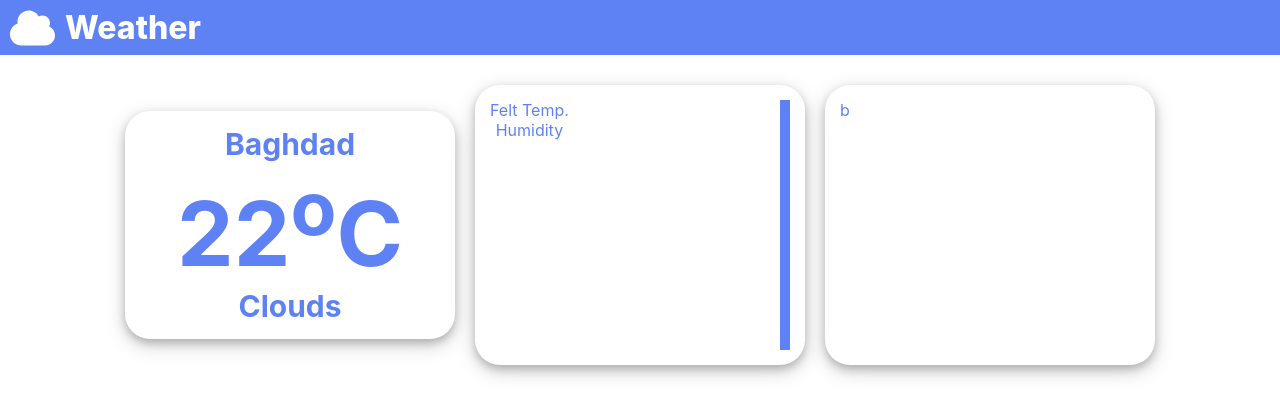
Repository: ahmedazawi/weather-app
Page: /
An editor plug-in stored every save of this project. The page is shown before and after the next save, followed by the edit.
The browser window is 1280 px wide. The pictures show the whole page.
The project was rebuilt for these pictures with package versions that can differ from the ones it lists, and the page was loaded fresh each time.

Above is the page before, as saved 2022-11-29 21:48:18.

After the next save:
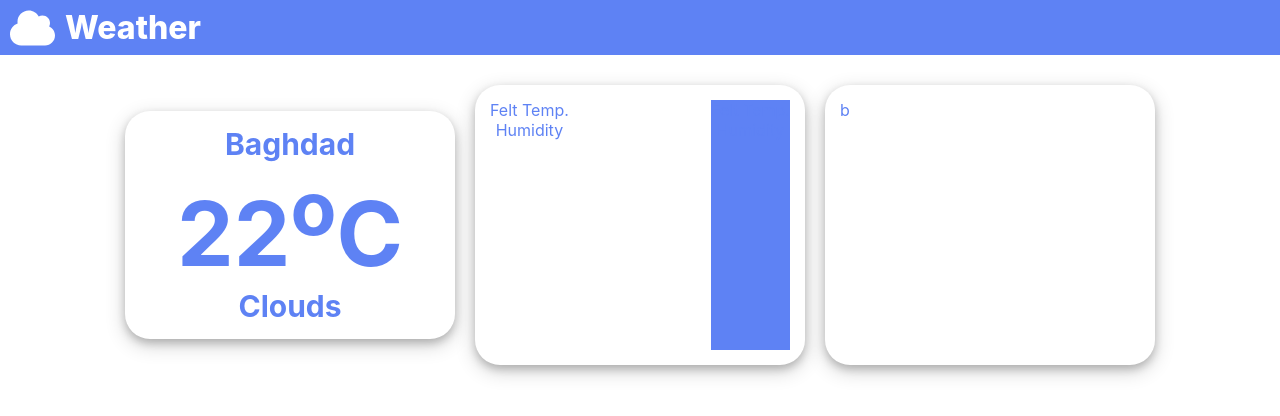
Saved 22 s later.
--- a/src/components/Details.js
+++ b/src/components/Details.js
@@ -20,7 +20,10 @@ const Details = () => {
             <span>Felt Temp.</span>
             <span>Humidity</span>
           </div>
-          <div className="line-b">b</div>
+          <div className="line-b">
+            <span>Felt Temp.</span>
+            <span>Humidity</span>
+          </div>
         </div>
         <div>b</div>
       </div>
